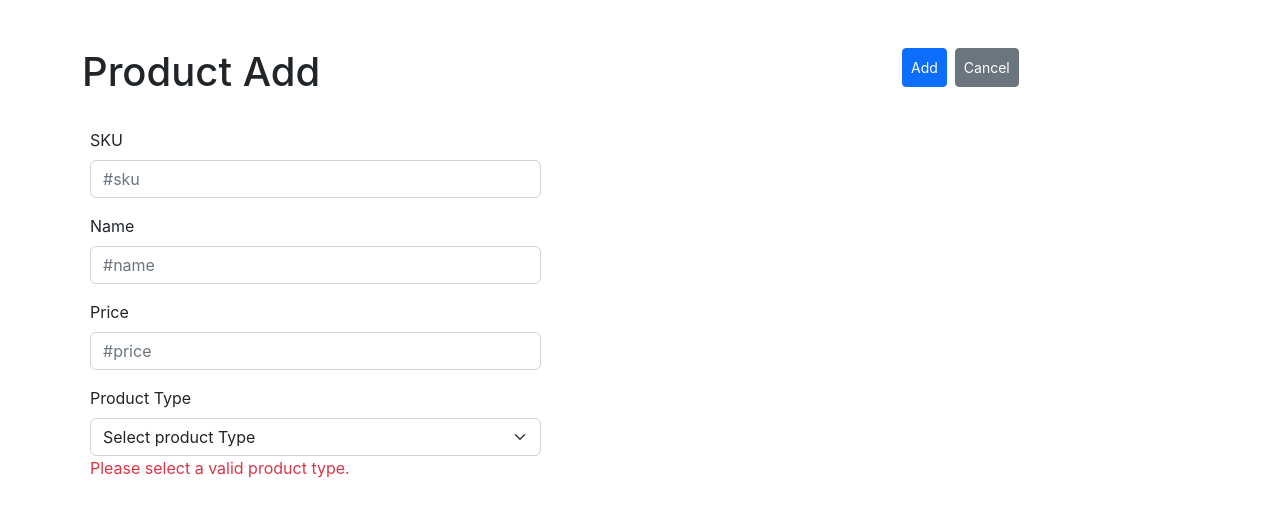
Repository: MagdyAbouelnasr/scandiweb_project
Page: /addproduct
The author's editor kept a copy of each file at every save. The page is drawn from the files as they stood at one save, then again after the next save.
The browser window is 1280 px wide. The pictures show the whole page.
The project was rebuilt for these pictures with package versions that can differ from the ones it lists, and the page was loaded fresh each time. Also part of the build but not shown: src/App.css, src/components/Product/Product-style.scss, src/components/Product/Product.css, src/components/Pages/ProductList.jsx, src/components/ProductAdd/Book.component.jsx, src/components/ProductAdd/DVD.component.jsx, src/components/ProductAdd/Furniture.component.jsx, src/App.jsx.

Above is the page before, as saved 2023-05-09 01:33:47.

### public/index.html
<!DOCTYPE html>
<html lang="en">
  <head>
    <meta charset="utf-8" />
    <link rel="icon" href="%PUBLIC_URL%/favicon.ico" />
    <meta name="viewport" content="width=device-width, initial-scale=1" />
    <meta name="theme-color" content="#000000" />
    <meta
      name="description"
      content="Web site created using create-react-app"
    />
    <link rel="apple-touch-icon" href="%PUBLIC_URL%/logo192.png" />
    <!--
      manifest.json provides metadata used when your web app is installed on a
      user's mobile device or desktop. See https://developers.google.com/web/fundamentals/web-app-manifest/
    -->
    <link rel="manifest" href="%PUBLIC_URL%/manifest.json" />
    <!--
      Notice the use of %PUBLIC_URL% in the tags above.
      It will be replaced with the URL of the `public` folder during the build.
      Only files inside the `public` folder can be referenced from the HTML.

      Unlike "/favicon.ico" or "favicon.ico", "%PUBLIC_URL%/favicon.ico" will
      work correctly both with client-side routing and a non-root public URL.
      Learn how to configure a non-root public URL by running `npm run build`.
    -->
    <title>React App</title>
    <link
  rel="stylesheet"
  href="https://cdn.jsdelivr.net/npm/bootstrap@5.2.3/dist/css/bootstrap.min.css"
  integrity="sha384-rbsA2VBKQhggwzxH7pPCaAqO46MgnOM80zW1RWuH61DGLwZJEdK2Kadq2F9CUG65"
  crossorigin="anonymous"
/>
  </head>
  <body>
    <noscript>You need to enable JavaScript to run this app.</noscript>
    <div id="root"></div>
    <!--
      This HTML file is a template.
      If you open it directly in the browser, you will see an empty page.

      You can add webfonts, meta tags, or analytics to this file.
      The build step will place the bundled scripts into the <body> tag.

      To begin the development, run `npm start` or `yarn start`.
      To create a production bundle, use `npm run build` or `yarn build`.
    -->
  </body>
</html>

### src/index.js
import React from 'react';
import ReactDOM from 'react-dom/client';
import './index.scss';
import App from './App';
import {
  createBrowserRouter,
  RouterProvider,

} from "react-router-dom";
import ProductAdd from './components/Pages/ProductAdd';


const router = createBrowserRouter([
  {
    path: "/",
    element: <App />,
  },
  {
    path: "addproduct",
    element: <ProductAdd />,
  },
]);

const root = ReactDOM.createRoot(document.getElementById('root'));
root.render(
  <RouterProvider router={router} />
);

### src/index.scss
$background-default: #D5D5D5;


body {
  margin: 0;
  font-family: -apple-system, BlinkMacSystemFont, 'Segoe UI', 'Roboto', 'Oxygen',
    'Ubuntu', 'Cantarell', 'Fira Sans', 'Droid Sans', 'Helvetica Neue',
    sans-serif;
  -webkit-font-smoothing: antialiased;
  -moz-osx-font-smoothing: grayscale;
}

code {
  font-family: source-code-pro, Menlo, Monaco, Consolas, 'Courier New',
    monospace;
}

.fade-in {
  opacity: 0;
  transition: opacity 0.3s ease-in-out;
  &.fade-in-active {
    opacity: 1;
  }
}

### src/components/Pages/ProductAdd.jsx
// import { useNavigate } from 'react-router-dom';
// import { useState } from 'react';
// import Form from 'react-bootstrap/Form';
// import SelectProductType from '../ProductAdd/Selectcmp';
// import Button from 'react-bootstrap/Button';
// import axios from 'axios';

// function ProductAdd() {
//   const navigate = useNavigate();

//   const  [inputs , setInputs] = useState({});

//   const handleChange = (e) => {
//     const name = e.target.name;
//     const value = e.target.value;
//     setInputs(values => ({values, [name]: value}))
//   }
//   const handleSubmit = (e) => {
//     e.preventDefault();
//     axios.post('http://localhost:8000/addproduct', inputs).then((response)=>{
//       console.log(response.data);
//       navigate('/');
//     });

//     // console.log(inputs)
//   }



//   return (
//     <Form id="product_form" onSubmit={handleSubmit}>
//     <div className="container mt-5">
//       <div className="row">
//       <h1 className="page-header text-header col-md-8 text-start ">Product Add</h1>
//       <div className='col-4 float-end'>
//         <Button  type="submit" className='p-2 ms-2' variant="primary" size="sm">
//           Add
//         </Button>
//         <Button onClick={()=> navigate(-1)}  className='p-2 ms-2' variant="secondary" size="sm">
//           Cancel
//         </Button>
//       </div>
//       </div>
//     <br/>
//     <div className="row">

//     <div className="col-md-5 mx-2">
//       <Form.Group className="mb-3 mx-left" id="productInputSKU">
//         <Form.Label>SKU</Form.Label>
//         <Form.Control type="text" name="sku" placeholder="#sku" onChange={handleChange} />
//       </Form.Group>
//       <Form.Group className="mb-3" id="productInputName">
//         <Form.Label>Name</Form.Label>
//         <Form.Control type="text" name="name" placeholder="#name" onChange={handleChange} />
//       </Form.Group>
//       <Form.Group className="mb-3" id="productInputPrice">
//         <Form.Label>Price</Form.Label>
//         <Form.Control type="number" name="price" placeholder="#price" onChange={handleChange} />
//       </Form.Group>
//       <Form.Group className="mb-3" id="ProductType">
//       <Form.Label>Product Type</Form.Label>
//         <SelectProductType/>
//       </Form.Group>
//     </div>
//     </div>
//     </div>
//     </Form>
//   );
// }

// export default ProductAdd;
import { useNavigate } from 'react-router-dom';
import { useState } from 'react';
import Form from 'react-bootstrap/Form';
import SelectProductType from '../ProductAdd/Selectcmp';
import Button from 'react-bootstrap/Button';
import axios from 'axios';

function ProductAdd() {
  const navigate = useNavigate();

  const [inputs, setInputs] = useState({});
  const [errors, setErrors] = useState({});

  const handleChange = (e) => {
    console.log(e.target.value);
    console.log(e.target.name);
    const name = e.target.name;
    const value = e.target.value;

    setInputs((values) => ({ ...values, [name]: value }));
    validate()
    };

    // const handleRecievedData = (e) =>{
    //   const name = e.target.name;
    //   const value = e.target.value;
    //   setInputs((values) => ({ ...values, [name]: value }));
    //   console.log(e.name, e.value);
    // }

  // Form validation function
  const validate = () => {
    let newErrors = {};
    if (!inputs.sku) newErrors.sku = 'SKU is required';
    if (inputs.sku && inputs.sku.length > 9) newErrors.sku = 'SKU must be at most 9 characters';
    if (!inputs.name) newErrors.name = 'Name is required';
    if (inputs.price === undefined || inputs.price === '') newErrors.price = 'Price is required';
    if (inputs.price < 0) newErrors.price = 'Price cannot be negative';
    if (!inputs.product_attribute_value) newErrors.ProductType = 'please select a ProductType and provide a value';
    setErrors(newErrors);
    return Object.keys(newErrors).length === 0;
  };

  const handleSubmit = (e) => {
    e.preventDefault();
    if (validate()) {
      axios.post('http://localhost:8000/addproduct', inputs).then((response) => {
        console.log(response.data);
        navigate('/');
      });
    }
  };

  return (
    <Form id="product_form" onSubmit={handleSubmit}>
      <div className="container  mt-5">
        <div className="row">
          <h1 className="page-header text-header col-md-8 text-start">Product Add</h1>
          <div className="col-4 ps-5 ms-0">
            <Button type="submit" className="p-2 ms-4" variant="primary" size="sm">
              Add
            </Button>
            <Button
              onClick={() => navigate(-1)}
              className="p-2 ms-2"
              variant="secondary"
              size="sm"
            >
              Cancel
            </Button>
          </div>
        </div>
        <br />
        <div className="row">
          <div className="col-md-5 mx-2">
            <Form.Group className="mb-3 mx-left" id="productInputSKU">
              <Form.Label>SKU</Form.Label>
              <Form.Control
                type="text"
                name="sku"
                maxLength="9"
                placeholder="#sku"
                onChange={handleChange}
                required
              />
              {errors.sku && <Form.Text className="text-danger">{errors.sku}</Form.Text>}
            </Form.Group>
            <Form.Group className="mb-3" id="productInputName">
              <Form.Label>Name</Form.Label>
              <Form.Control
                type="text"
                name="name"
                placeholder="#name"
                onChange={handleChange}
                required
              />
              {errors.name && <Form.Text className="text-danger">{errors.name}</Form.Text>}
            </Form.Group>
            <Form.Group className="mb-3" id="productInputPrice">
              <Form.Label>Price</Form.Label>
              <Form.Control
                type="number"
                name="price"
                step="0.01"
                min="0"
                placeholder="#price"
                onChange={handleChange}
                required
              />
              {errors.price && <Form.Text className="text-danger">{errors.price}</Form.Text>}
            </Form.Group>
            <Form.Group className="mb-3" id="ProductType">
              <Form.Label>Product Type</Form.Label>
              <SelectProductType onChange={handleChange}
                required
                name="ProductType"/>
              {errors.ProductType && <Form.Text className="text-danger">{errors.ProductType}</Form.Text>}

            </Form.Group >
          </div>
        </div>
      </div>
    </Form>
  );
}

export default ProductAdd;

### src/components/ProductAdd/Selectcmp.jsx
import React, { useState, useEffect } from "react";
import Form from "react-bootstrap/Form";
import BookComponent from "./Book.component";
import DVDComponent from "./DVD.component";
import FurnitureComponent from "./Furniture.component";

const SelectProductType = (props) => {


  const [type, setType] = useState("selectProductType");
  const [DVDVisible, setDVDVisibility] = useState(false);
  const [bookVisible, setBookVisibility] = useState(false);
  const [FurnitureVisible, setFurnitureVisibility] = useState(false);
  const [isValid, setIsValid] = useState(false);

  const getData = (e) => {
    props.onChange(e);
  };

  useEffect(() => {
    if (["DVD", "Book", "Furniture"].includes(type)) {
      setIsValid(true);
    } else {
      setIsValid(false);
    }
    setDVDVisibility(type === "DVD");
    setBookVisibility(type === "Book");
    setFurnitureVisibility(type === "Furniture");
  }, [type]);

  const handleOnChange = (e) => {
    setType(e.target.value);
    props.onChange(e);
  };

  const [weightData, setWeightData] = useState({});

  const handleWeightChange = (data) => {
    // setWeightData(data);
    // console.log(weightData, 'weight data');
    getData(data);
  };

  return (
    <>
      <Form.Group className="mb-3" id="productInputName">
        <Form.Select
          aria-label="select product type"
          value={type}
          onChange={handleOnChange}
          required
          name="product_type"
        >
          <option value="selectProductType">Select product Type</option>
          <option value="DVD">DVD</option>
          <option value="Book">Book</option>
          <option value="Furniture">Furniture</option>
        </Form.Select>
        {!isValid && (
          <p className="text-danger">
            Please select a valid product type.
          </p>
        )}
        <div>
          {bookVisible && <BookComponent onWeightChange={handleWeightChange} onChange={getData}/>}
          {DVDVisible && <DVDComponent />}
          {FurnitureVisible && <FurnitureComponent />}
        </div>
      </Form.Group>
    </>
  );
};

export default SelectProductType;

### src/components/Product/Product.jsx
import './Product-style.scss';
import './Product.css';
import * as React from 'react';
import Box from '@mui/material/Box';
import Card from '@mui/material/Card';
import CardActions from '@mui/material/CardActions';
import CardContent from '@mui/material/CardContent';
import Typography from '@mui/material/Typography';
import IconButton from '@mui/material/IconButton';
import CropSquareIcon from '@mui/icons-material/CropSquare';
import { useState } from 'react';


const bull = (
  <Box
  component="span"
  sx={{ display: 'inline-block', mx: '2px', transform: 'scale(0.8)' }}
  >
    •
  </Box>
);


const ProductCard = ({ id, sku, name, price, product_attribute, typeValue, selectedProducts }) => {
  const selectedProduct = () => {
    selectedProducts(id)
   }
  return (
    <>
      <CardContent>
        <CardActions>
          <IconButton aria-label="select to delete" className="delete-checkbox" onClick={selectedProduct}>
            <CropSquareIcon />
          </IconButton>
        </CardActions>
        <Typography sx={{ fontSize: 14 }} color="text.secondary" gutterBottom>
          SKU: {sku}
        </Typography>
        {bull}
        <Typography wrap="true" sx={{}} variant="h5" component="div" >
          {name}
        </Typography>
        {bull}
        <Typography sx={{ mb: 1.5 }} color="text.secondary">
          Price: {price}$
        </Typography>
        {bull}
        <Typography variant="body2">
          {product_attribute}: {typeValue} {console.log(product_attribute)}
        </Typography>
      </CardContent>
    </>
  );
};

const Product = ({ product , selectedProducts}) => {

  const selectedProductsDelete = (data) => {
    selectedProducts(data);
  }
// console.log(selectedProducts);
  return (
    <Box sx={{m:2, minWidth: 270, maxWidth: 270 }}>
      <Card variant="outlined">
        <ProductCard selectedProducts={selectedProductsDelete} id={product.id} sku={product.sku} name={product.name} price={product.price} product_attribute={product.product_attribute} typeValue={product.product_attribute_value} />
      </Card>
    </Box>
  );
};

export default Product;

After the next save:
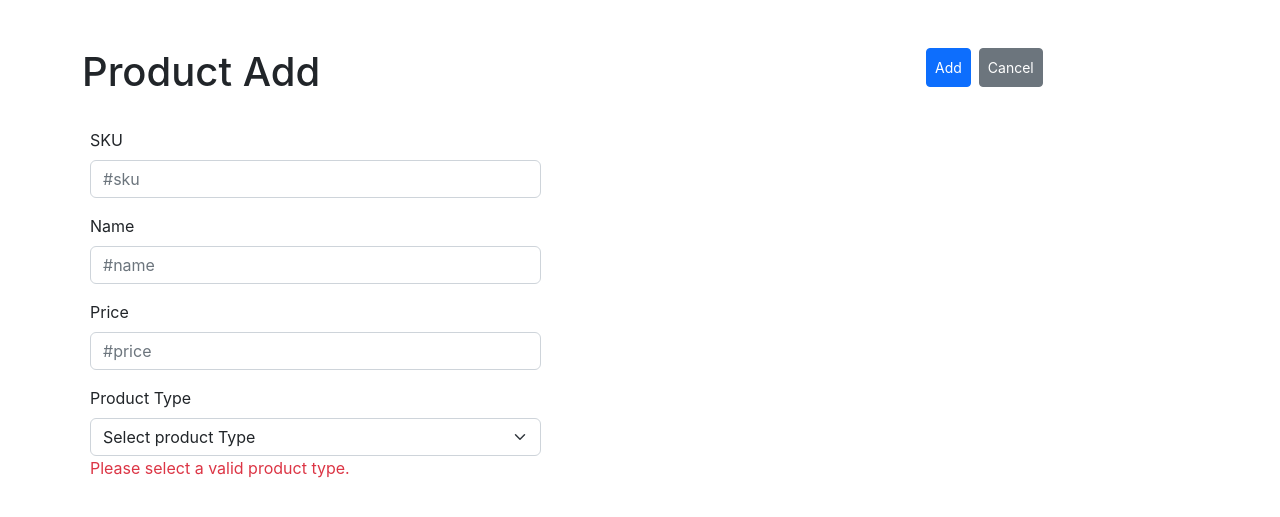
Saved 4 s later.
--- a/src/components/Pages/ProductAdd.jsx
+++ b/src/components/Pages/ProductAdd.jsx
@@ -128,7 +128,7 @@ function ProductAdd() {
         <div className="row">
           <h1 className="page-header text-header col-md-8 text-start">Product Add</h1>
           <div className="col-4 ps-5 ms-0">
-            <Button type="submit" className="p-2 ms-4" variant="primary" size="sm">
+            <Button type="submit" className="p-2 ms-5" variant="primary" size="sm">
               Add
             </Button>
             <Button
